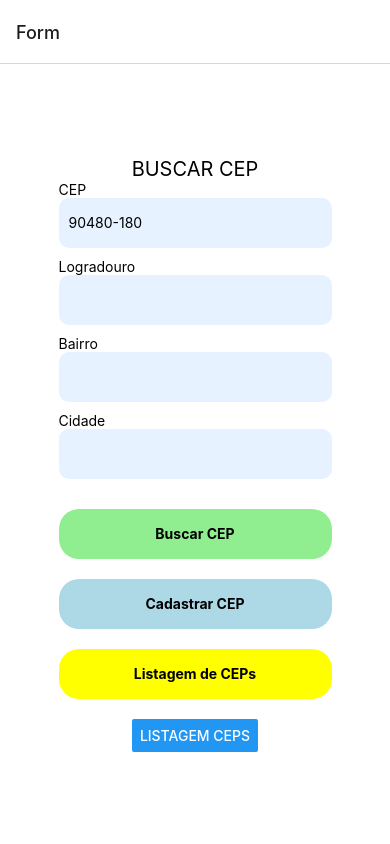
Repository: GustavoMSevero/registerCep
Screen: /
The author's editor kept a copy of each file at every save. The screen is drawn from the files as they stood at one save, then again after the next save.
The app was drawn by React Native's web renderer in a window 390 px wide. The project was rebuilt for these pictures with package versions that can differ from the ones it lists, and the page was loaded fresh each time. Also part of the build but not shown: src/pages/Ceps/index.js.

Above is the screen before, as saved 2024-09-23 15:09:09.

After the next save:
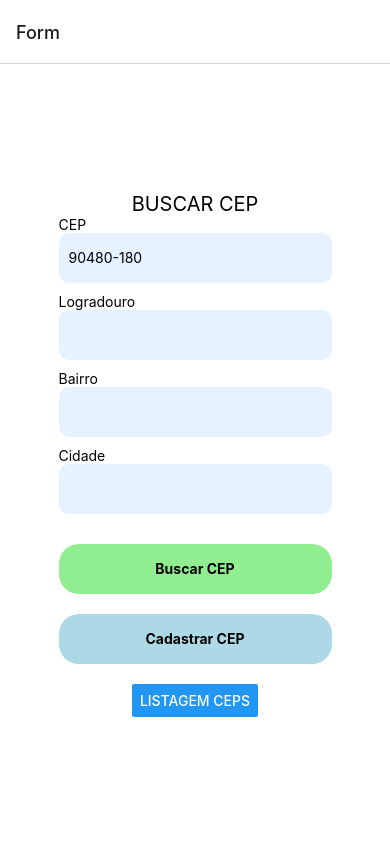
Saved 45 s later.
--- a/src/pages/Form/index.js
+++ b/src/pages/Form/index.js
@@ -104,12 +104,11 @@ export default function Form({ navigation }) {
         >
           <Text style={styles.textButtonCadastra}>Cadastrar CEP</Text>
         </TouchableOpacity>
-        <TouchableOpacity
+        {/* <TouchableOpacity
           style={styles.buttonListagem}
-          // onPress={registerCep}
         >
           <Text style={styles.textButtonListagem}>Listagem de CEPs</Text>
-        </TouchableOpacity>
+        </TouchableOpacity> */}
         <Button title='Listagem CEPs' onPress={() => navigation.navigation("Ceps")} />
       <StatusBar style="auto" />
     </View>
